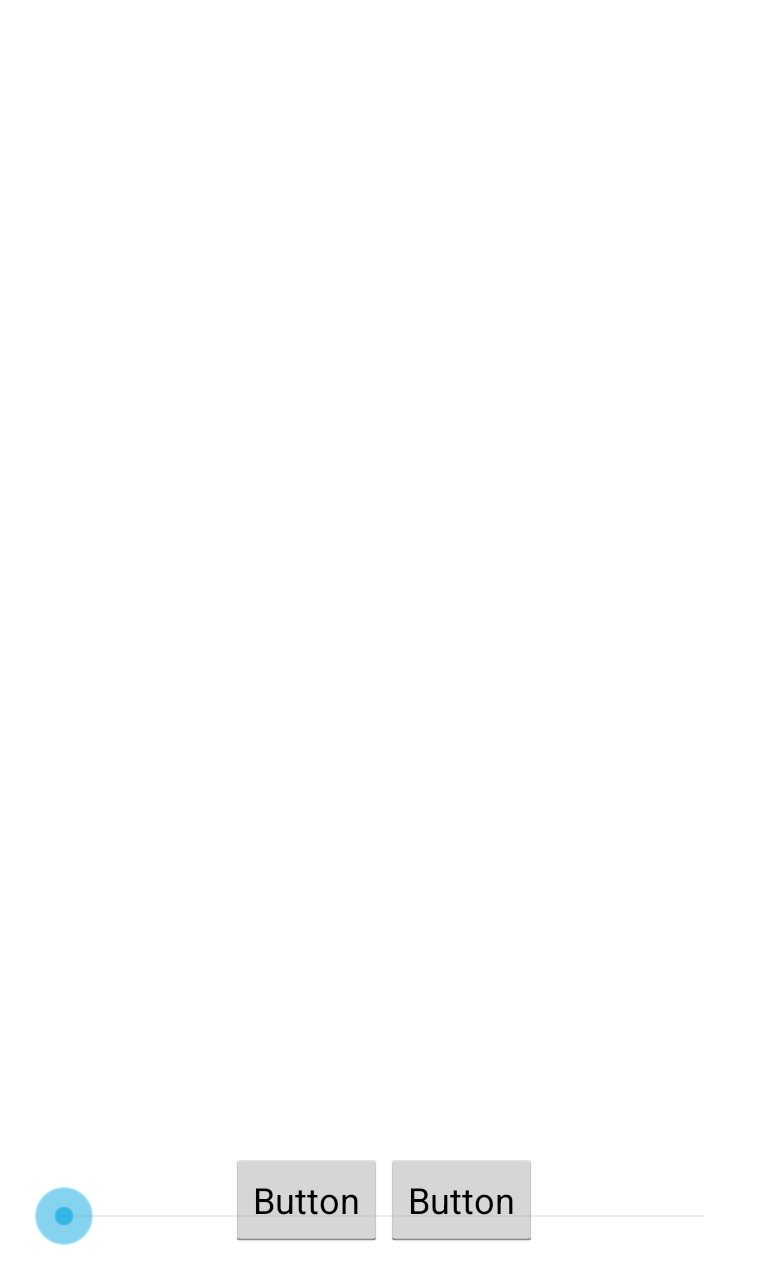
Repository: renatovieira/tcc2013
Layout: TCC/res/layout/activity_filtered_image.xml
An editor plug-in stored every save of this project. The layout is shown before and after the next save, followed by the edit.
It is drawn on a 768 x 1280 px phone screen (xhdpi) without system bars, with theme AppTheme; the app's code is not run.

Above is the layout before, as saved 2013-07-21 23:59:03.

### TCC/res/layout/activity_filtered_image.xml
<RelativeLayout xmlns:android="http://schemas.android.com/apk/res/android"
    xmlns:tools="http://schemas.android.com/tools"
    android:layout_width="match_parent"
    android:layout_height="match_parent"
    android:paddingBottom="@dimen/activity_vertical_margin"
    android:paddingLeft="@dimen/activity_horizontal_margin"
    android:paddingRight="@dimen/activity_horizontal_margin"
    android:paddingTop="@dimen/activity_vertical_margin" >

    <LinearLayout
        android:id="@+id/linearLayout1"
        android:layout_width="wrap_content"
        android:layout_height="wrap_content"
        android:layout_alignParentBottom="true"
        android:layout_centerHorizontal="true" >

        <Button
            android:id="@+id/button1"
            android:layout_width="wrap_content"
            android:layout_height="wrap_content"
            android:text="Button" />

        <Button
            android:id="@+id/button2"
            android:layout_width="wrap_content"
            android:layout_height="wrap_content"
            android:text="Button" />
    </LinearLayout>

    <ImageView
        android:id="@+id/imageView1"
        android:layout_width="wrap_content"
        android:layout_height="wrap_content"
        android:layout_below="@+id/seekBar1"
        android:layout_centerHorizontal="true"
        android:layout_marginTop="94dp"
        android:src="@drawable/ic_launcher" />

    <SeekBar
        android:id="@+id/seekBar1"
        android:layout_width="match_parent"
        android:layout_height="wrap_content"
        android:layout_alignParentBottom="true"
        android:layout_centerHorizontal="true" />

</RelativeLayout>

Loaded but not shown: TCC/res/values/styles.xml (common file); TCC/res/values-v11/styles.xml (common file); TCC/res/values-v14/styles.xml (common file); TCC/res/values/dimens.xml (common file)

After the next save:
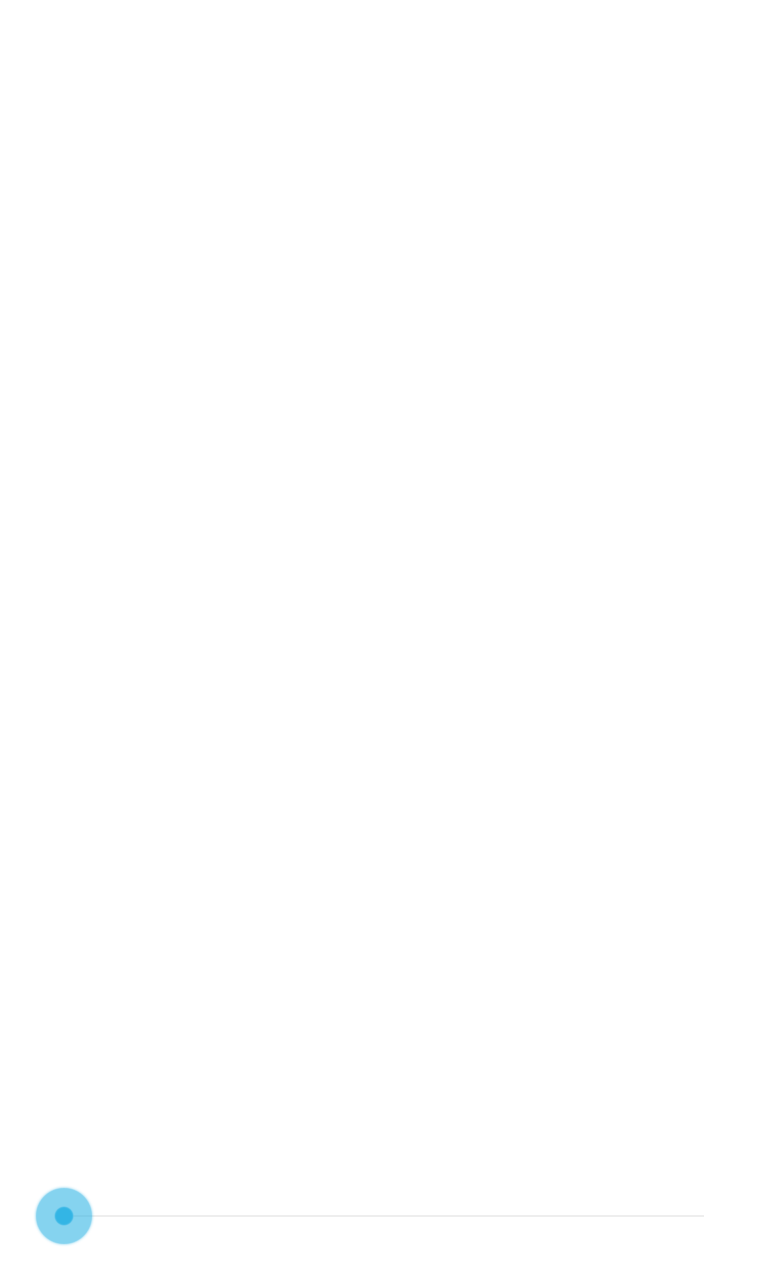
Saved 7 s later.
--- a/TCC/res/layout/activity_filtered_image.xml
+++ b/TCC/res/layout/activity_filtered_image.xml
@@ -6,26 +6,6 @@
     android:paddingLeft="@dimen/activity_horizontal_margin"
     android:paddingRight="@dimen/activity_horizontal_margin"
     android:paddingTop="@dimen/activity_vertical_margin" >
-
-    <LinearLayout
-        android:id="@+id/linearLayout1"
-        android:layout_width="wrap_content"
-        android:layout_height="wrap_content"
-        android:layout_alignParentBottom="true"
-        android:layout_centerHorizontal="true" >
-
-        <Button
-            android:id="@+id/button1"
-            android:layout_width="wrap_content"
-            android:layout_height="wrap_content"
-            android:text="Button" />
-
-        <Button
-            android:id="@+id/button2"
-            android:layout_width="wrap_content"
-            android:layout_height="wrap_content"
-            android:text="Button" />
-    </LinearLayout>
 
     <ImageView
         android:id="@+id/imageView1"

After the save that followed:
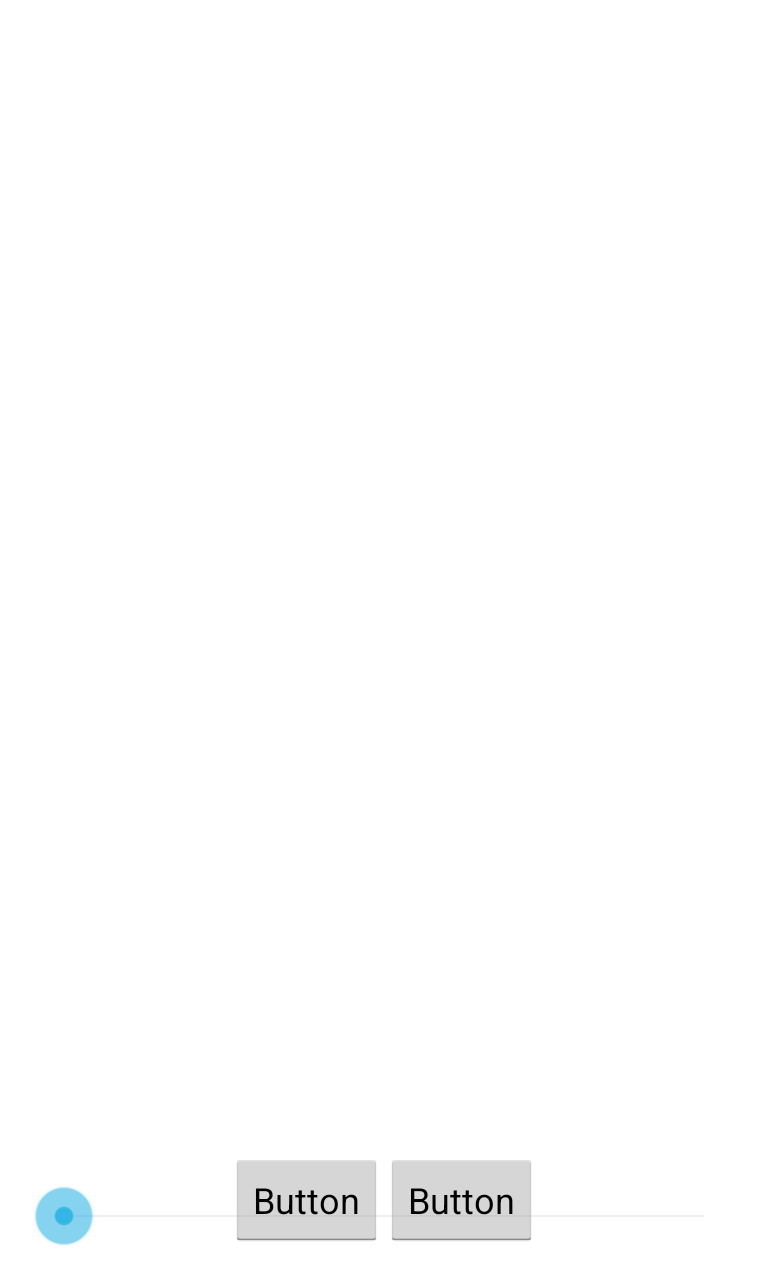
Saved 4 s later.
--- a/TCC/res/layout/activity_filtered_image.xml
+++ b/TCC/res/layout/activity_filtered_image.xml
@@ -23,4 +23,24 @@
         android:layout_alignParentBottom="true"
         android:layout_centerHorizontal="true" />
 
+        <LinearLayout
+        android:id="@+id/linearLayout1"
+        android:layout_width="wrap_content"
+        android:layout_height="wrap_content"
+        android:layout_alignParentBottom="true"
+        android:layout_centerHorizontal="true" >
+
+        <Button
+            android:id="@+id/button1"
+            android:layout_width="wrap_content"
+            android:layout_height="wrap_content"
+            android:text="Button" />
+
+        <Button
+            android:id="@+id/button2"
+            android:layout_width="wrap_content"
+            android:layout_height="wrap_content"
+            android:text="Button" />
+    </LinearLayout>
+
 </RelativeLayout>
